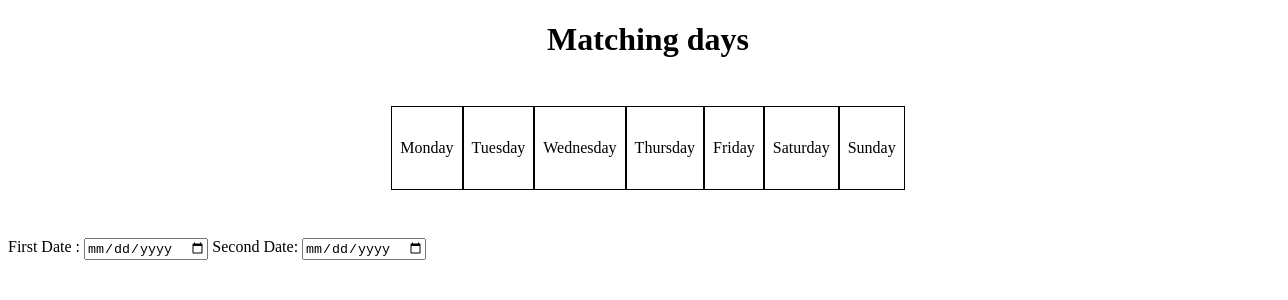
Repository: lasity34/matching-days
Page: index.html
The author's editor kept a copy of each file at every save. The page is drawn from the files as they stood at one save, then again after the next save.
The browser window is 1280 px wide. The page is 1288 px wide, so the pictures cover 1288 px, including what lies to the right of the window. The pictures show the whole page.
Some web libraries are served in a nearby version.

Above is the page before, as saved 2023-05-10 10:21:57.

After the next save:
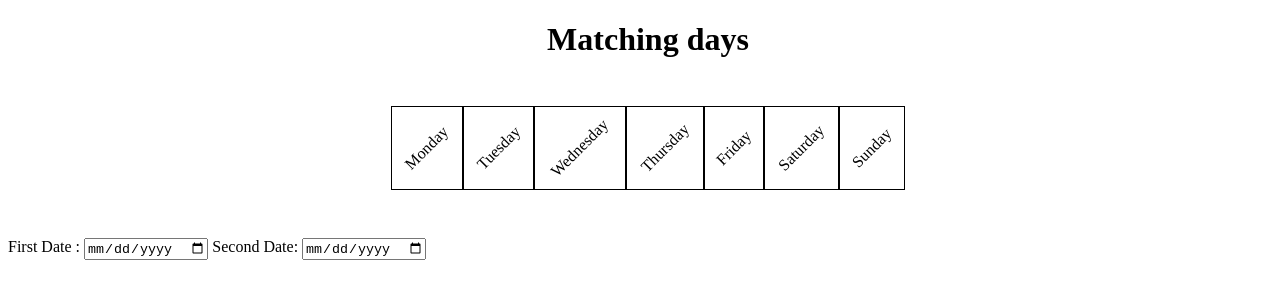
Saved 21 s later.
--- a/style.css
+++ b/style.css
@@ -16,5 +16,10 @@ h1 {
 
 .day_box {
     border: 1px solid black;
-    padding: 1em 0.5em
+    padding: 1em 0.5em;
+
 }
+
+.day_text {
+    transform: rotate(-45deg);
+}
